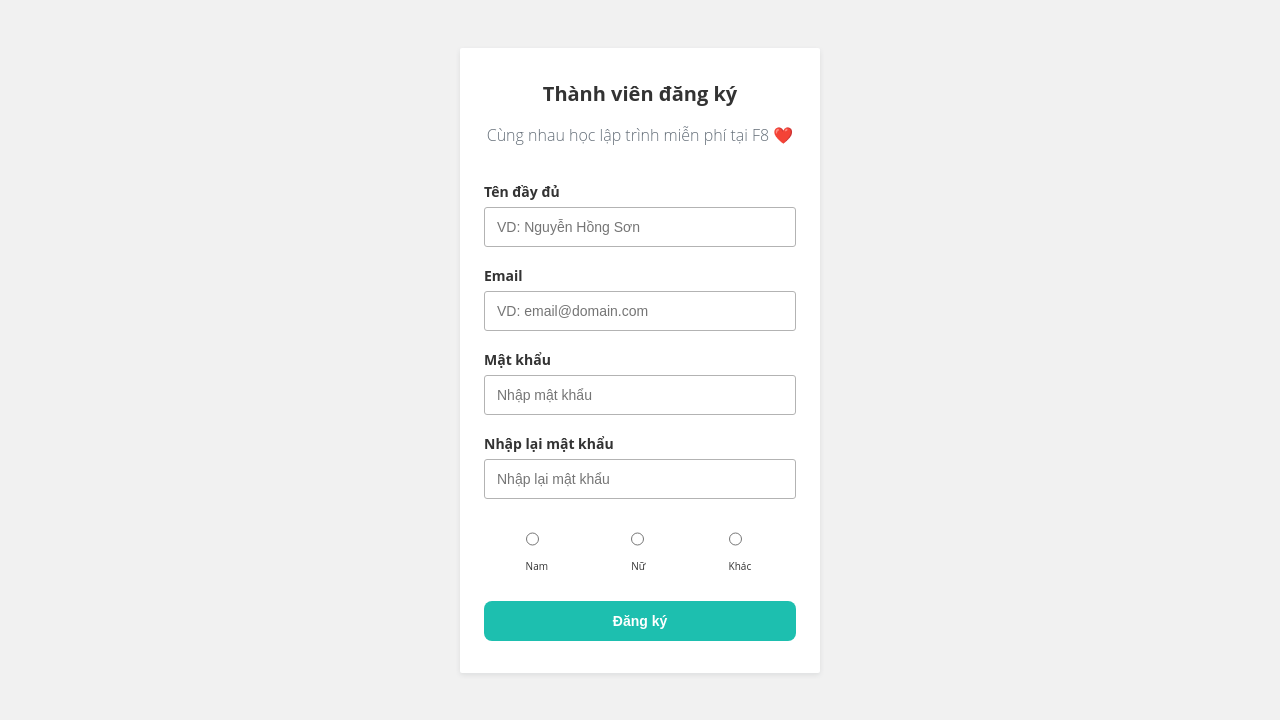
Repository: ahihison/Validation
Page: index.html
The author's editor kept a copy of each file at every save. The page is drawn from the files as they stood at one save, then again after a run of saves.
The browser window is 1280 px wide. The pictures show the whole page.

Above is the page before, as saved 2022-08-31 09:35:43.

### index.html
<!DOCTYPE html>
<html lang="en">
<head>
    <meta charset="UTF-8">
    <meta http-equiv="X-UA-Compatible" content="IE=edge">
    <meta name="viewport" content="width=device-width, initial-scale=1.0">
    <link rel="stylesheet" href="./style.css">
    <title>Document</title>
</head>
<body>
    <div class="container">
        <form action="" method="POST" class="form" id="form-1" >
            <h3 class="heading">Thành viên đăng ký</h3>
            <p class="desc">Cùng nhau học lập trình miễn phí tại F8 ❤️</p>
            <div class="spacer"></div>

            <div class="form-group">
                <label for="fullname" class="form-label" >Tên đầy đủ</label>
                <input type="text" name="fullname" id="fullname" placeholder="VD: Nguyễn Hồng Sơn" class="form-control">
                <span class="form-message"></span>
            </div>
            <div class="form-group">
                <label for="email" class="form-label" >Email</label>
                <input type="text" name="email" id="email" placeholder="VD: email@domain.com" class="form-control">
                <span class="form-message"></span>
            </div>
            <div class="form-group">
                <label for="password" class="form-label" >Mật khẩu</label>
                <input type="password" name="password" id="password" placeholder="Nhập mật khẩu" class="form-control">
                <span class="form-message"></span>
            </div>
            <div class="form-group">
                <label for="password_confirmation" class="form-label" >Nhập lại mật khẩu</label>
                <input type="password" name="password_confirmation" id="password_confirmation" placeholder="Nhập lại mật khẩu" class="form-control">
                <span class="form-message"></span>
            </div>
            <div class="form-group genderformat">
                <div>
                    <input type="radio" name="gender" value="male" id="gender" class="form-control">
                    <span id="gender">Nam</span>
                </div>
                <div>
                    <input type="radio" name="gender" value="female" id="gender" class="form-control">
                    <span id="gender">Nữ</span>
                </div>
                <div>
                    <input type="radio" name="gender" value="orther" class="form-control" id="gender">
                    <span id="gender">Khác</span>

                </div>
                <span class="form-message"></span>
            </div>


            <button class="form-submit">Đăng ký</button>
        </form>

    </div>
    <script src="./validation.js"> </script>
    <script>
        Validator({
            form:'#form-1',
            formGroupSelector:'.form-group',
            errorSelector: '.form-message',
            rules: [
            Validator.isRequired('#fullname','Vui lòng nhập họ và tên đầy đủ của bạn'),
            Validator.isEmail('#email'),
            Validator.minLength('#password',6),
            Validator.isRequired('#password_confirmation'),
            Validator.isConfirmed('#password_confirmation',function() { return document.querySelector('#form-1 #password').value;

            },'Mật khẩu nhập lại không chính xác'),
            ],
            onSubmit: function(data){
                //Call API
                console.log(data);
            }
        });
    </script>




</body>
</html>

### style.css
*{
    margin: 0;
    padding: 0;
    box-sizing: border-box;

}
html{
    color: #333;
    font-size: 62.5%;
    font-family: "Open Sans", sans-serif;
}

.container{
min-height: 100vh;
display: flex;
justify-content: center;
background: #f1f1f1;

}
.form{
    width: 360px;
    padding: 32px 24px;
    min-height: 100px;
    text-align: center;
    background: #fff;
    border-radius: 2px;
    margin: 24px;
    align-self: center;
    box-shadow: 0 2px 5px 0 rgba(51, 62, 73, 0.1);


}


.form .heading{
    font-size: 2rem;

}
.form .desc {
    text-align: center;
    color: #636d77;
    font-size: 1.6rem;
    line-height: 2.4rem;
    margin-top: 16px;
    font-weight: 300;
  }

.form-group{
     display: flex;
  margin-bottom: 16px;
  flex-direction: column;

}
.form-group #gender {
  display:flex;
 margin: 0 40px;

  }
  .form-group.genderformat{
    display: flex;
    flex-direction: row;
    flex-wrap: wrap;
    align-content: space-between;
    justify-content: space-around;
  }
.form-control{
    height: 40px;
    padding: 8px 12px;
    border: 1px solid #b3b3b3;
    border-radius: 3px;
    outline: none;
    font-size: 1.4rem;
}
.form-control:hover {
    border-color: #1dbfaf;
  }
.form-label,
.form-message{
    text-align: left;

}
.form-label {
    font-weight: 700;
    padding-bottom: 6px;
    line-height: 1.8rem;
    font-size: 1.4rem;
  }

  .form-group.invalid .form-control {
    border-color: #f33a58;
  }
  .form-group.invalid .form-message {
    color: #f33a58;
  }

  .form-message {
    font-size: 1.2rem;
    line-height: 1.6rem;
    padding: 4px 0 0;
  }
  .form-submit {
    outline: none;
    background-color: #1dbfaf;
    margin-top: 12px;
    padding: 12px 16px;
    font-weight: 600;
    color: #fff;
    border: none;
    width: 100%;
    font-size: 14px;
    border-radius: 8px;
    cursor: pointer;
  }
  .form-submit:hover {
    background-color: #1ac7b6;
  }
  .spacer {
    margin-top: 36px;
  }

### validation.js
function Validator(options) {

    function geParent(elements,selector){
        while(elements.parentElement){
            if(elements.parentElement.matches(selector)){
                return elements.parentElement;
            }
              elements = elements.parentElement;
        }
    }

    var selectorRule = {};
    //hàm thực hiện validate
    function validate(inputElement, rule) {

        var errorElement = geParent(inputElement,options.formGroupSelector).querySelector(options.errorSelector);
        var errorMessage;

        //lấy ra các rule của các selector
        var rules = selectorRule[rule.selector];
        //lập qua từng rules và kiểm tra
        //Nếu có lỗi thì dừng việc kiểm tra
        for (var i = 0; i < rules.length; i++) {
            errorMessage = rules[i](inputElement.value);
            if (errorMessage) break;

        }

        if (errorMessage) {
            errorElement.innerText = errorMessage;
            geParent(inputElement,options.formGroupSelector).classList.add('invalid');
        } else {
            errorElement.innerText = '';
            geParent(inputElement,options.formGroupSelector).classList.remove('invalid');
        }
        return !!errorMessage;
    }
    // lấy được form elements
    var formElement = document.querySelector(options.form);

    if (formElement) {
        //Lắng nghe sự kiện onsubmit

        formElement.onsubmit = function (e) {

            e.preventDefault();

            var isFormValid = true;

            // Lặp qua từng rules và validate
            options.rules.forEach(function (rule) {
                var inputElement = formElement.querySelector(rule.selector);
                var isInValid = validate(inputElement, rule);
                if (isInValid) {
                    isFormValid = false;
                }
            });


            if (isFormValid) {
                //Trường hợp submit với js
                if (typeof options.onSubmit === 'function') {
                    var enableInputs = formElement.querySelectorAll('[name]');
                    var formValues = Array.from(enableInputs).reduce(function (values, input) {
                        values[input.name] = input.value;
                        return values;
                    }, {});
                    options.onSubmit(formValues)
                }
                //submit với hành vi mặc định
                else{
                    formElement.submit();
                }
            }

        }





        //Lặp qua mỗi rule xử lí sự kiện (blur click....)
        options.rules.forEach(function (rule) {
            //Lưu lại các  rules cho mỗi input
            if (Array.isArray(selectorRule[rule.selector])) {
                selectorRule[rule.selector].push(rule.test);
            }
            else {
                selectorRule[rule.selector] = [rule.test];
            }


            var inputElement = formElement.querySelector(rule.selector);

            if (inputElement) {
                //Xử lí trường hợp blur ra khỏi input
                inputElement.onblur = function () {

                    validate(inputElement, rule);

                }
                // Xử lí mỗi khi người dùng nhập vào input
                inputElement.oninput = function () {
                    var errorElement = geParent(inputElement,options.formGroupSelector).querySelector(options.errorSelector);
                    errorElement.innerText = '';
                    geParent(inputElement,options.formGroupSelector).classList.remove('invalid');
                }
            }

        }

        );



    }


}

//định nghĩa rules
//Nguyên tắc rules
//1. khi có lỗi : => trả về message
//2. Khi hợp lệ: => ko trả về gì hết (undefined)
Validator.isRequired = function (selector, message) {
    return {
        selector: selector,
        test: function (value) {
            return value.trim() ? undefined : message || "Vui lòng nhập trường này"

        }
    }
}

Validator.isEmail = function (selector, message) {

    return {
        selector: selector,
        test: function (value) {
            var regex = /^[A-Z0-9._%+-]+@[A-Z0-9.-]+\.[A-Z]{2,4}$/i;

            return regex.test(value) ? undefined : message || 'Trường này phải là email'
        }
    }

}
Validator.minLength = function (selector, min, message) {

    return {
        selector: selector,
        test: function (value) {
            return value.length >= min ? undefined : message || `Vui lòng nhập tối thiếu ${min} ký tự`
        }
    }

}

Validator.isConfirmed = function (selector, getconfirmValue, message) {
    return {
        selector: selector,
        test: function (value) {
            return value === getconfirmValue() ? undefined : message || "Giá trị nhập vào không chính xác"
        }

    }

}

After the next 2 saves:
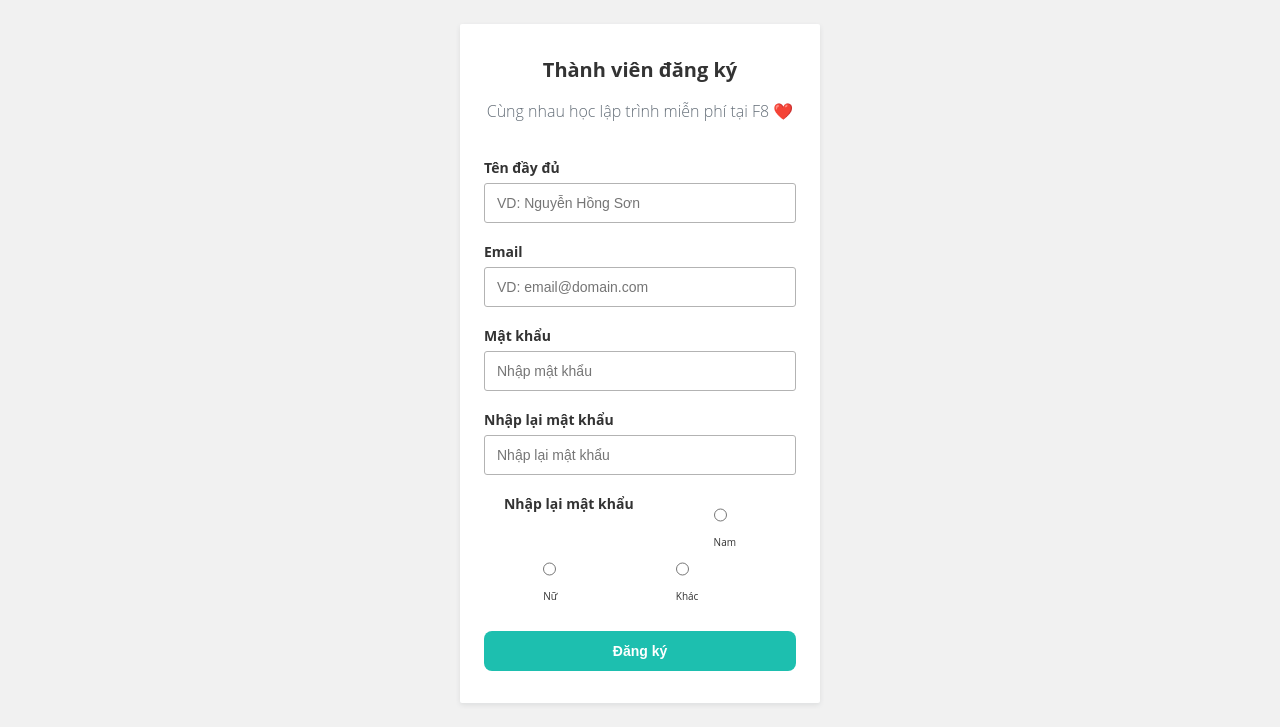
The 2 saves are shown as one change because they came seconds apart.
The last was saved 25 s later.
--- a/index.html
+++ b/index.html
@@ -35,6 +35,7 @@
                 <span class="form-message"></span>
             </div>
             <div class="form-group genderformat">
+                <label for="password_confirmation" class="form-label" >Nhập lại mật khẩu</label>
                 <div>
                     <input type="radio" name="gender" value="male" id="gender" class="form-control">
                     <span id="gender">Nam</span>
